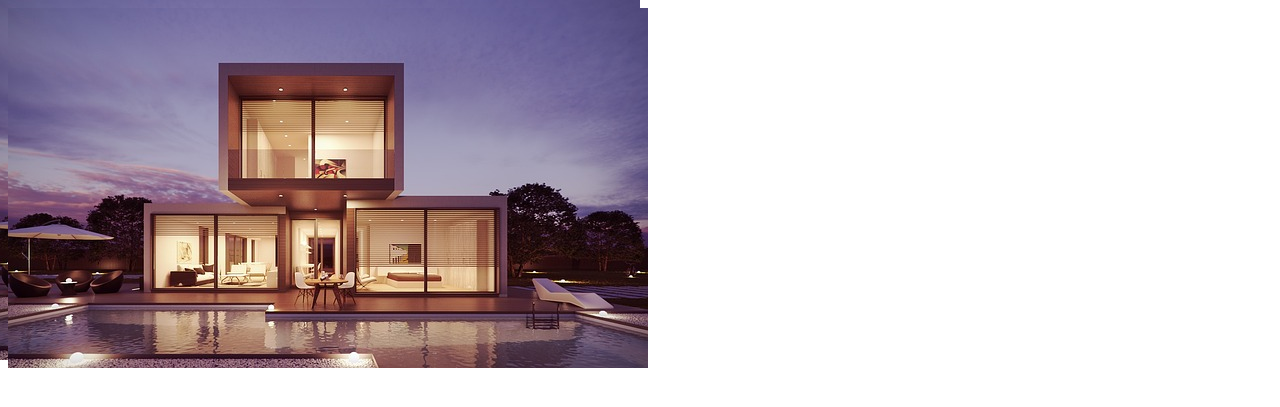
Repository: khadri2021/A2023_Task_Property_Management
Page: AdderssMakersWeb/WebContent/bottom.html
An editor plug-in stored every save of this project. The page is shown before and after the next save, followed by the edit.
The browser window is 1280 px wide. The pictures show the whole page.

Above is the page before, as saved 2024-02-11 11:10:43.

After the next save:
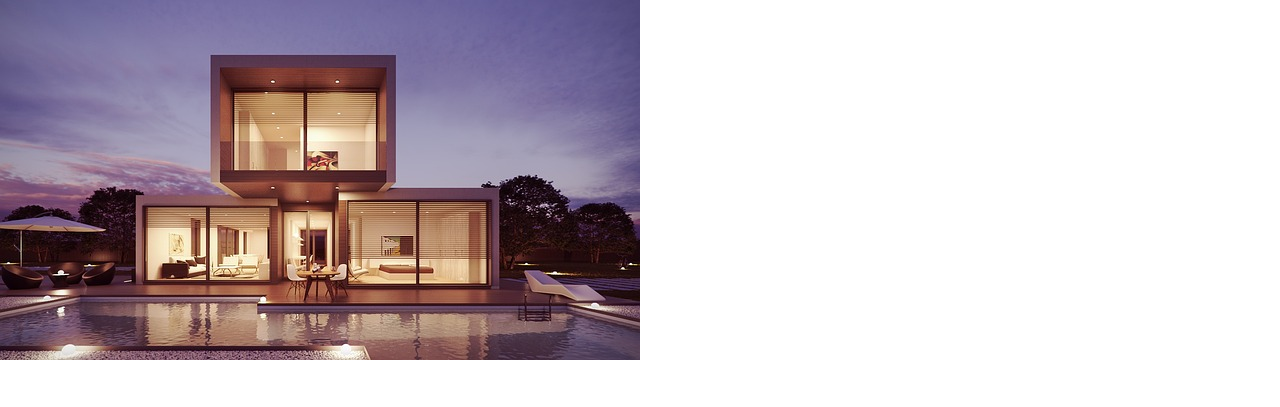
Saved 112 s later.
--- a/AdderssMakersWeb/WebContent/bottom.html
+++ b/AdderssMakersWeb/WebContent/bottom.html
@@ -24,12 +24,6 @@ body {
 </style>
 </head>
 <body>
-<tr>
-<td><a href="Add.jsp"> <img src="./images/home.jpg" alt=" ">
-
-	</a>
-	</td>
-</tr>
 
 </body>
 </html>
